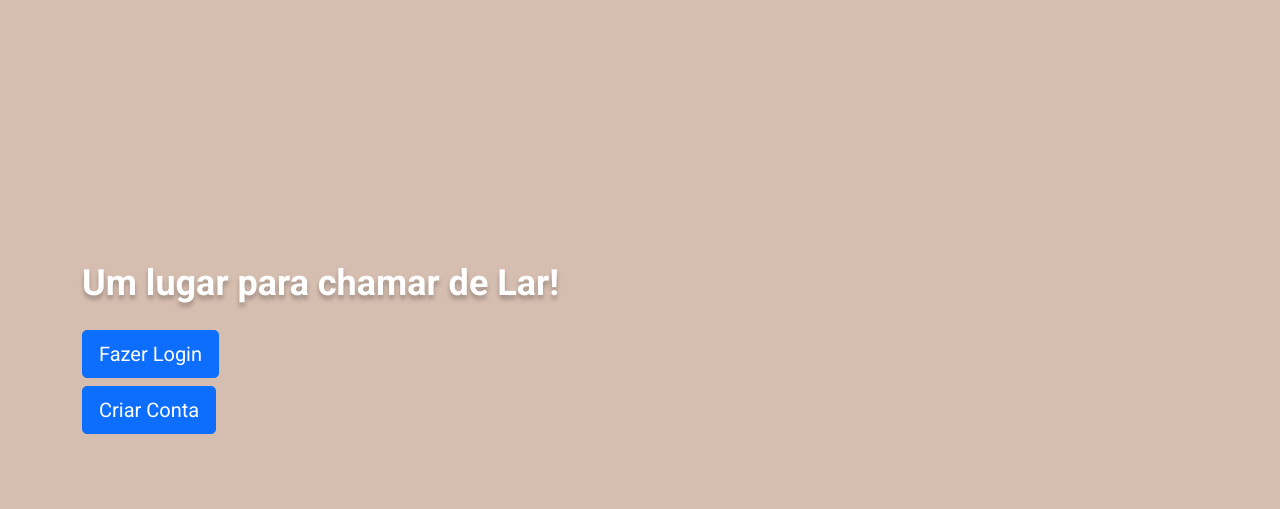
Repository: telesbp/Projeto-4-e-Projeto-5
Page: / (app in front-end/)
The author's editor kept a copy of each file at every save. The page is drawn from the files as they stood at one save, then again after the next save.
The browser window is 1280 px wide. The pictures show the whole page.
The project was rebuilt for these pictures with package versions that can differ from the ones it lists, and the page was loaded fresh each time.

Above is the page before, as saved 2022-07-17 14:06:54.

### front-end/public/index.html
<!DOCTYPE html>
<html lang="pt-BR">
  <head>
    <meta charset="utf-8" />
    <link rel="icon" href="%PUBLIC_URL%/favicon.ico" />
    <meta name="viewport" content="width=device-width, initial-scale=1" />
    <meta name="theme-color" content="#000000" />
    <meta
      name="description"
      content="Seu negócio automatizado!"
    />
    <link rel="apple-touch-icon" href="%PUBLIC_URL%/logo192.png" />
    <!--
      manifest.json provides metadata used when your web app is installed on a
      user's mobile device or desktop. See https://developers.google.com/web/fundamentals/web-app-manifest/
    -->
    <link rel="manifest" href="%PUBLIC_URL%/manifest.json" />
    <!--
      Notice the use of %PUBLIC_URL% in the tags above.
      It will be replaced with the URL of the `public` folder during the build.
      Only files inside the `public` folder can be referenced from the HTML.

      Unlike "/favicon.ico" or "favicon.ico", "%PUBLIC_URL%/favicon.ico" will
      work correctly both with client-side routing and a non-root public URL.
      Learn how to configure a non-root public URL by running `npm run build`.
    -->
    <title>Stagio</title>

    <link rel="preconnect" href="https://fonts.googleapis.com">
    <link rel="preconnect" href="https://fonts.gstatic.com" crossorigin>
    <link href="https://fonts.googleapis.com/css2?family=Roboto:wght@400;700&display=swap" rel="stylesheet">
  </head>
  <body>
    <noscript>You need to enable JavaScript to run this app.</noscript>
    <div id="root"></div>
    <!--
      This HTML file is a template.
      If you open it directly in the browser, you will see an empty page.

      You can add webfonts, meta tags, or analytics to this file.
      The build step will place the bundled scripts into the <body> tag.

      To begin the development, run `npm start` or `yarn start`.
      To create a production bundle, use `npm run build` or `yarn build`.
    -->
  </body>
</html>

### front-end/src/index.tsx
import React from 'react';
import ReactDOM from 'react-dom/client';
import App from './App';
import 'bootstrap/dist/css/bootstrap.min.css';
import { BrowserRouter } from 'react-router-dom';
import 'react-toastify/dist/ReactToastify.css';
import { ToastContainer } from 'react-toastify';
import { GlobalStyle } from './assets/img/css/global';

const root = ReactDOM.createRoot(
  document.getElementById('root') as HTMLElement
);
root.render(
  <React.StrictMode>
    <BrowserRouter>
    <GlobalStyle/>
      <App />
      <ToastContainer/>
    </BrowserRouter>
  </React.StrictMode>
);

### front-end/src/App.tsx
import { HomeView } from "./views/Home";

function App() {
  return (
    <HomeView/>
  );
}

export default App;

### front-end/src/assets/img/css/global.ts
import { createGlobalStyle } from "styled-components";

export const GlobalStyle = createGlobalStyle`
    body{
       font-family: 'Roboto', sans-serif;
    }
`

### front-end/src/views/Home/index.tsx
import { Button, Container } from "react-bootstrap";
import styled from "styled-components";

export function HomeView(){
    return(
        <Banner className="vh-100">
            <Container className="h-100 d-flex flex-column justify-content-center align-items-center align-items-lg-start">
                <Title className="text-center text-white text-lg-start mt-auto mt-lg-0 ">Um lugar para chamar de Lar!</Title>
                <Button size="lg" className="mt-auto mt-lg-3 mb-2">Fazer Login</Button>
                <Button size="lg" className="mb-4">Criar Conta</Button>
            </Container>
        </Banner>
    )
}

const Banner = styled.div`
    background-color: #d5bdaf;
`
const Title = styled.h1`
    font-size: 2.25rem;
    font-weight: bold;
    text-shadow: 0 4px 4px rgba(0, 0, 0, 0.25);
    @media (min-width: 992px){
        max-width: 500px;
    }
`

After the next save:
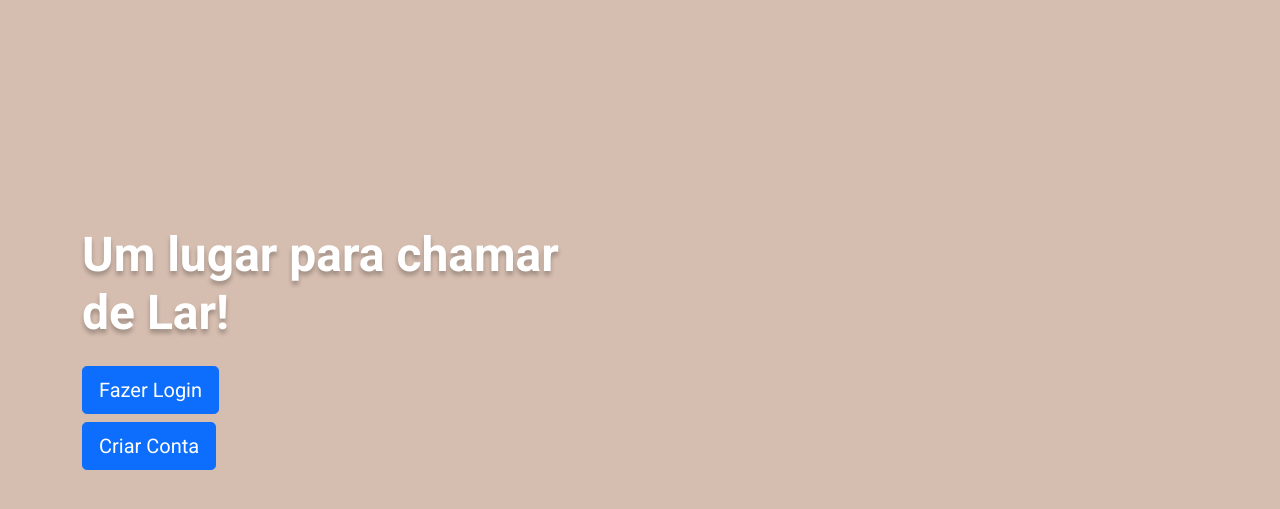
Saved 32 s later.
--- a/front-end/src/views/Home/index.tsx
+++ b/front-end/src/views/Home/index.tsx
@@ -21,6 +21,7 @@ const Title = styled.h1`
     font-weight: bold;
     text-shadow: 0 4px 4px rgba(0, 0, 0, 0.25);
     @media (min-width: 992px){
+        font-size: 3rem;
         max-width: 500px;
     }
 `
